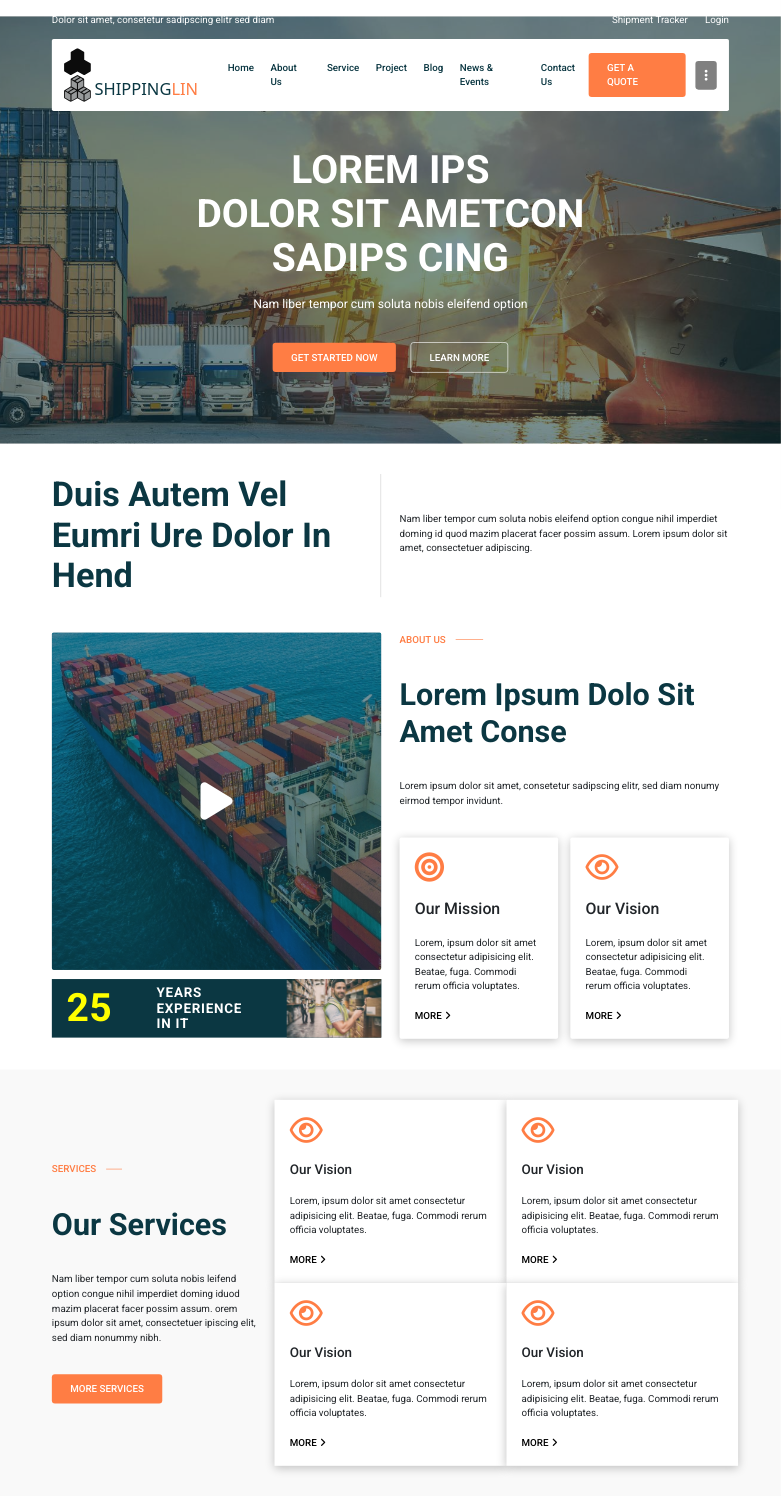
Repository: nazmulalok/shipping-theme
Page: index.html
These files come from the project's save history. The page is drawn as it stood at one moment and after the next save; the edit follows.
The browser window is 1280 px wide. The pictures show the whole page, at 61% of full size.
Some web libraries are served in a nearby version.

Above is the page before, as saved 2022-10-08 22:58:51.

### index.html
<!DOCTYPE html>
<html lang="en">

    <head>
        <meta charset="UTF-8">
        <meta http-equiv="X-UA-Compatible" content="IE=edge">
        <meta name="viewport" content="width=device-width, initial-scale=1.0">
        <link rel="preconnect" href="https://fonts.googleapis.com">
        <link rel="preconnect" href="https://fonts.gstatic.com" crossorigin>
        <link
            href="https://fonts.googleapis.com/css2?family=Roboto:ital,wght@0,300;0,400;0,500;0,700;0,900;1,300;1,400;1,500;1,700;1,900&display=swap"
            rel="stylesheet">
        <link rel="stylesheet" href="https://cdnjs.cloudflare.com/ajax/libs/font-awesome/6.2.0/css/all.min.css"
            integrity="sha512-xh6O/CkQoPOWDdYTDqeRdPCVd1SpvCA9XXcUnZS2FmJNp1coAFzvtCN9BmamE+4aHK8yyUHUSCcJHgXloTyT2A=="
            crossorigin="anonymous" referrerpolicy="no-referrer" />
        <link rel="stylesheet" href="https://cdn.jsdelivr.net/npm/bootstrap@4.0.0/dist/css/bootstrap.min.css"
            integrity="sha384-Gn5384xqQ1aoWXA+058RXPxPg6fy4IWvTNh0E263XmFcJlSAwiGgFAW/dAiS6JXm" crossorigin="anonymous">
        <link rel="stylesheet" href="style.css">
        <title>Document</title>
    </head>

    <body>
        <header class="header-top">
            <div class="container">
                <div class="top-bar">
                    <p class="m-0">Dolor sit amet, consetetur sadipscing elitr sed diam</p>
                    <div>
                        <span class="mr-4">Shipment Tracker</span>
                        <span>Login</span>
                    </div>
                </div>
                <div class="header-area">
                    <div class="logo">
                        <img src="images/box.svg" alt="Logo Box" class="me-2">
                        <img src="images/shipping-logo.svg" alt="Shipping Logo">
                    </div>
                    <nav>
                        <ul>
                            <li><a href="#">Home</a></li>
                            <li><a href="#">About Us</a></li>
                            <li><a href="#">Service</a></li>
                            <li><a href="#">Project</a></li>
                            <li><a href="#">Blog</a></li>
                            <li><a href="#">News & Events</a></li>
                            <li><a href="#">Contact Us</a></li>
                        </ul>
                    </nav>
                    <div class="nav-btn">
                        <a class="common-btn mr-3" href="#">Get A Quote</a>
                        <i class="fa-solid fa-ellipsis-vertical"></i>
                    </div>
                </div>
            </div>
        </header>
        <!-- Slider -->
        <section>
            <div class="main-slider">
                <div class="container">
                    <div class="slide-content">
                        <div class="slide-text">
                            <div class="slider-title mb-4">Lorem ips<br>
                                dolor sit ametcon<br>
                                sadips cing</div>
                            <p>Nam liber tempor cum soluta nobis eleifend option</p>
                            <div class="sliderBtn mt-5"><a class="common-btn mr-4" href="#">Get Started Now</a><a
                                    class="common-btn outline-btn" href="#">Learn More</a></div>
                        </div>
                    </div>
                </div>
            </div>
        </section>
        <!-- Slider Ends -->
        <div class="common-sec">
            <div class="container">
                <div class="row align-items-center mb-5">
                    <div class="col-lg-6">
                        <h1 class="border-heading">Duis Autem Vel Eumri
                            Ure Dolor In Hend</h1>
                    </div>
                    <div class="col-lg-6">
                        <p class="ms-4">Nam liber tempor cum soluta nobis eleifend option congue nihil imperdiet doming
                            id quod mazim
                            placerat facer possim assum. Lorem ipsum dolor sit amet, consectetuer adipiscing.</p>
                    </div>
                </div>
                <div class="row mt-5">
                    <div class="col-lg-6">
                        <div class="video-box img-box img-shadow">
                            <img src="images/ship-products.jpg" alt="Ship Products" />
                            <a data-fancybox="" href="" class="video-btn">
                                <i class="fa fa-play"></i>
                            </a>
                        </div>
                        <div class="exp-section">
                            <div class="exp-title ml-4">
                                25
                            </div>
                            <div class="exp-paragraph">
                                Years <br>Experience <br>In It
                            </div>
                            <img src="images/exp-bg.png" alt="Experience">
                        </div>
                    </div>
                    <div class="col-lg-6">
                        <span class="sp-title">About Us</span>
                        <h2 class="mb-5">Lorem Ipsum Dolo
                            Sit Amet Conse</h2>
                        <p class="mb-5">Lorem ipsum dolor sit amet, consetetur sadipscing elitr, sed diam nonumy eirmod
                            tempor
                            invidunt.</p>
                        <div class="boxes">
                            <div class="common-box">
                                <div class="content">
                                    <i class="fa-solid fa-bullseye mb-4"></i>
                                    <div class="box-title mb-4">
                                        Our Mission
                                    </div>
                                    <p class="mb-4">Lorem, ipsum dolor sit amet consectetur adipisicing elit. Beatae,
                                        fuga. Commodi
                                        rerum
                                        officia voluptates.</p>
                                    <a href="#" class="more-btn">More</a>
                                </div>
                            </div>
                            <div class="common-box">
                                <div class="content">
                                    <i class="fa-regular fa-eye mb-4"></i>
                                    <div class="box-title mb-4">
                                        Our Vision
                                    </div>
                                    <p class="mb-4">Lorem, ipsum dolor sit amet consectetur adipisicing elit. Beatae,
                                        fuga. Commodi
                                        rerum
                                        officia voluptates.</p>
                                    <a href="#" class="more-btn">More</a>
                                </div>
                            </div>
                        </div>
                    </div>
                </div>
            </div>
        </div>
        <div class="common-sec service-sec">
            <div class="container">
                <div class="row align-items-center">
                    <div class="col-lg-4">
                        <span class="sp-title">Services</span>
                        <h2 class="mb-5">Our Services</h2>
                        <p class="mb-5">Nam liber tempor cum soluta nobis leifend option congue nihil imperdiet doming
                            iduod mazim placerat facer possim assum. orem ipsum dolor sit amet, consectetuer ipiscing
                            elit, sed diam nonummy nibh.</p>
                        <a href="#" class="common-btn">More Services</a>
                    </div>
                    <div class="col-lg-8">
                        <div class="row">
                            <div class="col-lg-6 p-0">
                                <div class="common-box">
                                    <div class="content">
                                        <i class="fa-regular fa-eye mb-4"></i>
                                        <div class="box-title mb-4">
                                            Our Vision
                                        </div>
                                        <p class="mb-4">Lorem, ipsum dolor sit amet consectetur adipisicing elit.
                                            Beatae,
                                            fuga. Commodi
                                            rerum
                                            officia voluptates.</p>
                                        <a href="#" class="more-btn">More</a>
                                    </div>
                                </div>
                            </div>
                            <div class="col-lg-6 p-0">
                                <div class="common-box">
                                    <div class="content">
                                        <i class="fa-regular fa-eye mb-4"></i>
                                        <div class="box-title mb-4">
                                            Our Vision
                                        </div>
                                        <p class="mb-4">Lorem, ipsum dolor sit amet consectetur adipisicing elit.
                                            Beatae,
                                            fuga. Commodi
                                            rerum
                                            officia voluptates.</p>
                                        <a href="#" class="more-btn">More</a>
                                    </div>
                                </div>
                            </div>
                            <div class="col-lg-6 p-0">
                                <div class="common-box">
                                    <div class="content">
                                        <i class="fa-regular fa-eye mb-4"></i>
                                        <div class="box-title mb-4">
                                            Our Vision
                                        </div>
                                        <p class="mb-4">Lorem, ipsum dolor sit amet consectetur adipisicing elit.
                                            Beatae,
                                            fuga. Commodi
                                            rerum
                                            officia voluptates.</p>
                                        <a href="#" class="more-btn">More</a>
                                    </div>
                                </div>
                            </div>
                            <div class="col-lg-6 p-0">
                                <div class="common-box">
                                    <div class="content">
                                        <i class="fa-regular fa-eye mb-4"></i>
                                        <div class="box-title mb-4">
                                            Our Vision
                                        </div>
                                        <p class="mb-4">Lorem, ipsum dolor sit amet consectetur adipisicing elit.
                                            Beatae,
                                            fuga. Commodi
                                            rerum
                                            officia voluptates.</p>
                                        <a href="#" class="more-btn">More</a>
                                    </div>
                                </div>
                            </div>
                        </div>
                    </div>
                </div>
            </div>
        </div>














        <script src="https://code.jquery.com/jquery-3.2.1.slim.min.js"
            integrity="sha384-KJ3o2DKtIkvYIK3UENzmM7KCkRr/rE9/Qpg6aAZGJwFDMVNA/GpGFF93hXpG5KkN"
            crossorigin="anonymous"></script>
        <script src="https://cdn.jsdelivr.net/npm/popper.js@1.12.9/dist/umd/popper.min.js"
            integrity="sha384-ApNbgh9B+Y1QKtv3Rn7W3mgPxhU9K/ScQsAP7hUibX39j7fakFPskvXusvfa0b4Q"
            crossorigin="anonymous"></script>
        <script src="https://cdn.jsdelivr.net/npm/bootstrap@4.0.0/dist/js/bootstrap.min.js"
            integrity="sha384-JZR6Spejh4U02d8jOt6vLEHfe/JQGiRRSQQxSfFWpi1MquVdAyjUar5+76PVCmYl"
            crossorigin="anonymous"></script>
    </body>

</html>

### style.css
/* Common CSS Starts*/
*,
*::before,
*::after {
    box-sizing: border-box;
    margin: 0;
    padding: 0;
}

html {
    scroll-behavior: smooth;
}

:root {
    --main-color: #FF7D44;
    --secondary-color: #0B3742;
    --tertiary-color: #FFFFFF;
}

body {
    font-family: 'Roboto', sans-serif;
}

a.white-space {
    white-space: nowrap;
}

/* Common CSS Ends */

/* slider style starts */

.main-slider>* {
    z-index: 10;
}

.main-slider {
    background: url(images/shipping-banner.jpg);
    height: 700px;
    width: 100%;
    background-size: cover;
    background-repeat: no-repeat;
    background-position: center;
    position: relative;
    display: flex;
    align-items: center;
    transition: all 1s;
    margin-top: -155px;
    z-index: 50;
}

.main-slider:before {
    content: '';
    width: 100%;
    height: 100%;
    top: 0;
    left: 0;
    position: absolute;
    background-color: rgb(11 55 66 / 55%);
    z-index: 1;
}

.slide-content {
    text-align: center;
}

.slide-text {
    color: var(--tertiary-color);
    padding-top: 100px;
}

.slider-title {
    font-size: 4rem;
    font-weight: 600;
    line-height: 4.5rem;
    text-transform: uppercase;
}

.slide-text p {
    font-size: 20px;
}

a.common-btn {
    display: inline-block;
    text-decoration: none;
    color: var(--tertiary-color);
    background: var(--main-color);
    padding: 12px 30px;
    border-radius: 5px;
    font-size: 16px;
    font-weight: 500;
    text-transform: uppercase;
    transition: all 1s ease;
}

a.common-btn:hover {
    background: var(--tertiary-color);
    color: var(--secondary-color);
}

a.common-btn.outline-btn {
    background: transparent !important;
    border: 1px solid var(--tertiary-color);
}

a.common-btn.outline-btn:hover {
    background: var(--tertiary-color) !important;
}

/* Header style starts */

.header-top {
    z-index: 100;
    background: transparent;
    position: relative;
}

.top-bar,
.header-area {
    display: flex;
    justify-content: space-between;
    align-items: center;
    color: var(--tertiary-color);
}

.top-bar {
    padding: 20px 0px;
}

.header-area {
    background: var(--tertiary-color);
    padding: 15px 20px;
    border-radius: 3px;
}

nav ul {
    list-style-type: none;
    color: var(--secondary-color);
    display: flex;
    gap: 1.7rem;
    margin: 0;
}

nav ul a {
    color: var(--secondary-color);
    text-decoration: none;
    font-size: 16px;
    font-weight: 500;
    transition: all 0.5s;
}

nav ul a:hover {
    color: var(--main-color);
    transition: all 0.5s;
}

.nav-btn {
    align-items: center;
    display: flex;
}

.nav-btn i {
    color: var(--tertiary-color);
    font-size: 21px;
    background: gray;
    padding: 13px 15px;
    border-radius: 5px;
}

/* Headings Styles */

h1 {
    font-size: 56px;
}

h2 {
    font-size: 50px;
}

h3 {
    font-size: 44px;
}

h4 {
    font-size: 38px;
}

h5 {
    font-size: 32px;
}

h6 {
    font-size: 26px;
}

h1,
h2,
h3,
h4,
h5,
h6 {
    font-weight: 700;
    margin-bottom: 10px;
    color: var(--secondary-color);
}

/* Section Styles */

.py-50,
.common-sec {
    padding-top: 50px;
    padding-bottom: 50px;
}

.common-sec {
    position: relative;
    z-index: 0;
    overflow: hidden;
}

.common-sec:nth-child(even):before {
    content: "";
    position: absolute;
    width: 1000%;
    height: 100%;
    top: 50%;
    left: 50%;
    transform: translate(-50%, -50%);
    background-color: #f9f9f9;
    border-bottom: 1px solid #f6f6f6;
    z-index: -1;
}

/* Image box style */

.img-box {
    border-radius: 3px;
    transition: 0.5s;
    margin-bottom: 15px;
    text-align: center;
    position: relative;
}

.img-box img {
    border-radius: 3px;
}

.img-box:last-child {
    margin-bottom: 0;
}

figure.img-box img+figcaption {
    margin-top: 10px;
    text-align: left;
    padding: 10px;
    border-radius: 3px;
    box-shadow: -5px 5px 20px 0 rgb(0 0 0 / 5%);
}

.img-box.img-shadow:before {
    content: '';
    width: 100%;
    height: 100%;
    position: absolute;
    top: 0;
    left: 0;
    background-color: rgb(11 55 66 / 55%);
    border-radius: 3px;
}

/* Video Box */

.video-box {
    position: relative;
}

.video-box img {
    border-radius: 3px;
    width: 100%;
}

.video-btn {
    position: absolute;
    text-align: center;
    color: var(--tertiary-color);
    font-size: 30px;
    border: none;
    left: 50%;
    top: 50%;
    -webkit-transform: translate(-50%, -50%);
    transform: translate(-50%, -50%);
    display: flex;
    justify-content: center;
    align-items: center;
    text-decoration: none !important;
    box-shadow: none;
    transition: 0.5s;
}

.video-btn .fa-play {
    color: var(--tertiary-color);
    position: relative;
    z-index: 99;
    -webkit-transition: color 0.5s;
    transition: 0.5s;
    text-decoration: none;
    line-height: 80px;
    font-size: 70px;
}

.video-btn:hover {
    color: inherit;
}

.video-btn:hover .fa-play {
    color: var(--main-color);
}

.video-btn:before,
.video-btn:after {
    display: none;
}

/* Common Box Styles */

.common-box {
    box-shadow: rgb(0 0 0 / 24%) 0px 3px 15px;
    height: 100%;
    background-color: #fff;
    border-radius: 3px;
    transition: all 0.5s ease;
}

.common-box>.img-box {
    margin-bottom: 0;
}

.common-box .common-heading:last-child,
.common-box p:last-child,
.common-box ul:last-child,
.common-box ul:last-child li:last-child,
.common-box .img-box:last-child {
    margin-bottom: 0;
}

.common-box>.content {
    padding: 25px;
}

/* Other CSS Starts */

.border-heading {
    border-right: 2px solid #E8E8E8;
}

.sp-title {
    display: flex;
    text-transform: uppercase;
    color: var(--main-color);
    font-weight: 500;
    align-items: center;
    margin-bottom: 3rem;
}

.sp-title:after {
    content: '';
    width: 20px;
    height: 1px;
    background: var(--main-color);
    flex: 0.1;
    margin-left: 1rem;
}

.boxes {
    display: grid;
    grid-template-columns: 1fr 1fr;
    grid-gap: 20px;
}

.common-box i {
    color: var(--main-color);
    font-size: 48px;
}

.common-box .box-title {
    font-size: 26px;
    font-weight: 500;
}

.common-box:hover {
    background-color: var(--main-color);
    color: var(--tertiary-color);
    transition: all 0.5s ease;
}

.common-box:hover i {
    color: var(--tertiary-color);
    transition: all 1s ease;
}

.exp-section {
    background: var(--secondary-color);
    display: flex;
    align-items: center;
    justify-content: space-between;
}

.exp-section .exp-title {
    color: #FFFF00;
    font-size: 64px;
    font-weight: 600;
    letter-spacing: 0.5px;
}

.exp-section .exp-paragraph {
    color: var(--tertiary-color);
    font-size: 22px;
    font-weight: 600;
    line-height: normal;
    text-transform: uppercase;
    letter-spacing: 1.2px;
}

.exp-section img {
    width: 155px;
}

a.more-btn {
    display: inline-block;
    color: #000;
    font-size: 16px;
    font-weight: 500;
    text-transform: uppercase;
    text-decoration: none;
}

a.more-btn:after {
    content: '\f105';
    font-family: 'FontAwesome';
    margin-left: 5px;

}

.common-box:hover a.more-btn {
    color: var(--tertiary-color);
}

/* Service Section */

.service-sec .common-box {
    border-radius: 0px;
}

.service-sec .common-box .box-title {
    font-size: 22px;
    font-weight: 500;
}

After the next save:
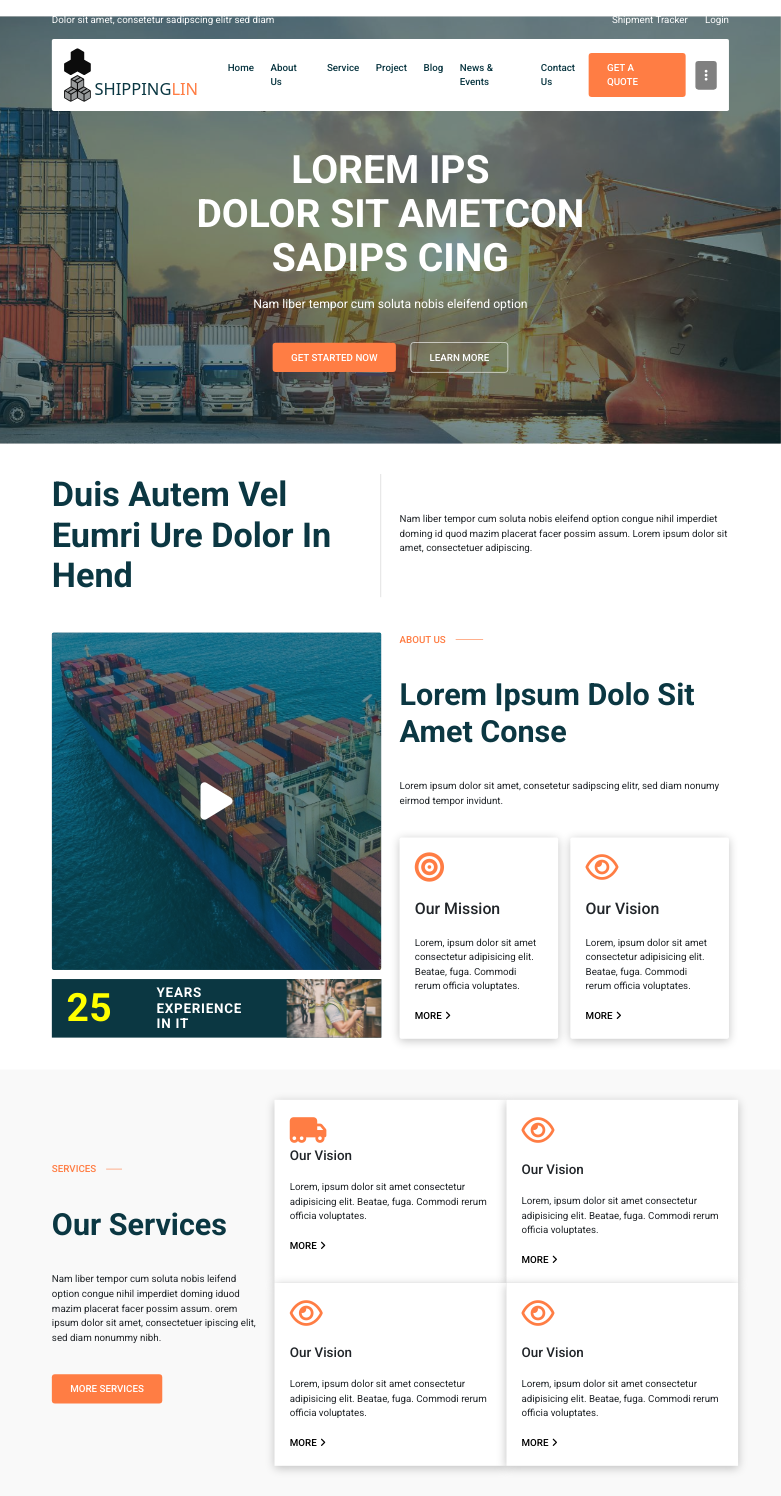
Saved 2 min 9 s later.
--- a/index.html
+++ b/index.html
@@ -156,7 +156,7 @@
                             <div class="col-lg-6 p-0">
                                 <div class="common-box">
                                     <div class="content">
-                                        <i class="fa-regular fa-eye mb-4"></i>
+                                        <i class="fa-solid fa-truck-moving"></i>
                                         <div class="box-title mb-4">
                                             Our Vision
                                         </div>
